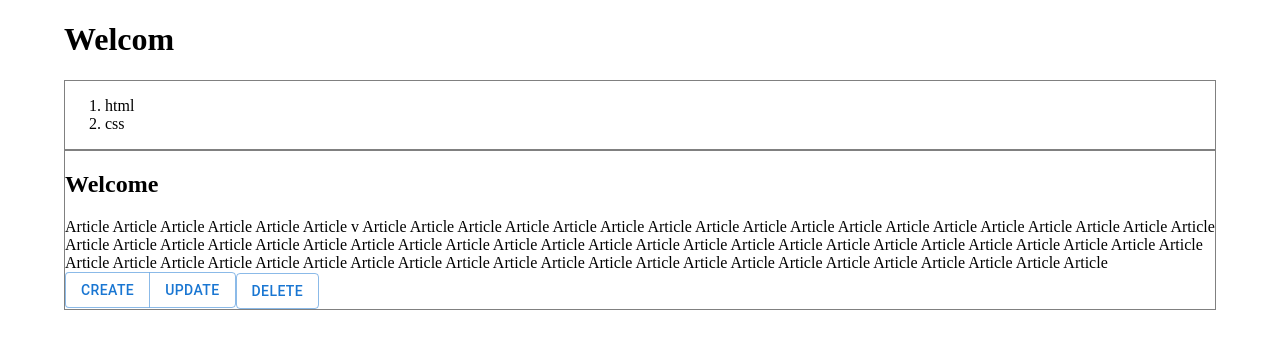
Repository: chlwpdnswku/nextjsportpolioclone
Page: /
These files come from the project's save history. The page is drawn as it stood at one moment and after the next save; the edit follows.
The browser window is 1280 px wide. The pictures show the whole page.
The project was rebuilt for these pictures with package versions that can differ from the ones it lists, and the page was loaded fresh each time. The framework's server and built-in components were replaced by stand-ins that run in the browser. Also part of the build but not shown: next.config.js.

Above is the page before, as saved 2022-08-05 16:09:51.

### pages/index.tsx
import type { NextPage } from 'next';
import Head from 'next/head';
import Image from 'next/image';
import styles from '../styles/Home.module.css';
import Button from '@mui/material/Button';
import ButtonGroup from '@mui/material/ButtonGroup';
import Container from '@mui/material/Container';
import Grid from '@mui/material/Grid';

const Home: NextPage = () => {
  return (
    <Container fixed>
      <Header></Header>
      <Grid>
        <Nav></Nav>
        <Article></Article>
      </Grid>
    </Container>
  );
};
function Header() {
  return (
    <header>
      <h1>Welcom</h1>
    </header>
  );
}

function Nav() {
  return (
    <nav style={{ border: '1px solid gray' }}>
      <ol>
        <li>html</li>
        <li>css</li>
      </ol>
    </nav>
  );
}

function Article() {
  return (
    <article style={{ border: '1px solid gray' }}>
      <h2>Welcome</h2>
      Article Article Article Article Article Article v Article Article Article
      Article Article Article Article Article Article Article Article Article
      Article Article Article Article Article Article Article Article Article
      Article Article Article Article Article Article Article Article Article
      Article Article Article Article Article Article Article Article Article
      Article Article Article Article Article Article Article Article Article
      Article Article Article Article Article Article Article Article Article
      Article Article Article Article Article Article Article
      <ButtonGroup>
        {' '}
        <Button variant='outlined'>Create</Button>
        <Button variant='outlined'>Update</Button>
      </ButtonGroup>
      <Button variant='outlined'>Delete</Button>
    </article>
  );
}
export default Home;

Loaded but not shown: pages/_app.tsx (common file); styles/globals.css (no stored copy; drawn as an empty file)

After the next save:
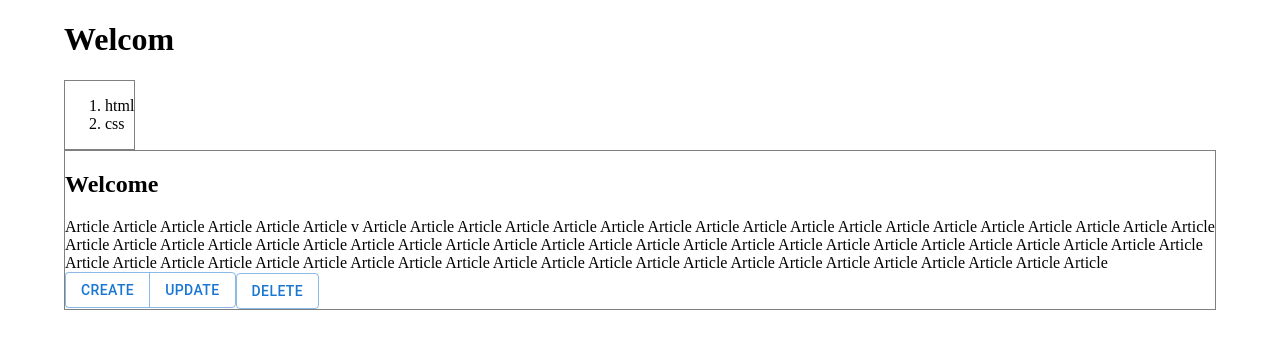
Saved 26 s later.
--- a/pages/index.tsx
+++ b/pages/index.tsx
@@ -11,8 +11,10 @@ const Home: NextPage = () => {
   return (
     <Container fixed>
       <Header></Header>
-      <Grid>
-        <Nav></Nav>
+      <Grid container>
+        <Grid>
+          <Nav></Nav>
+        </Grid>
         <Article></Article>
       </Grid>
     </Container>
